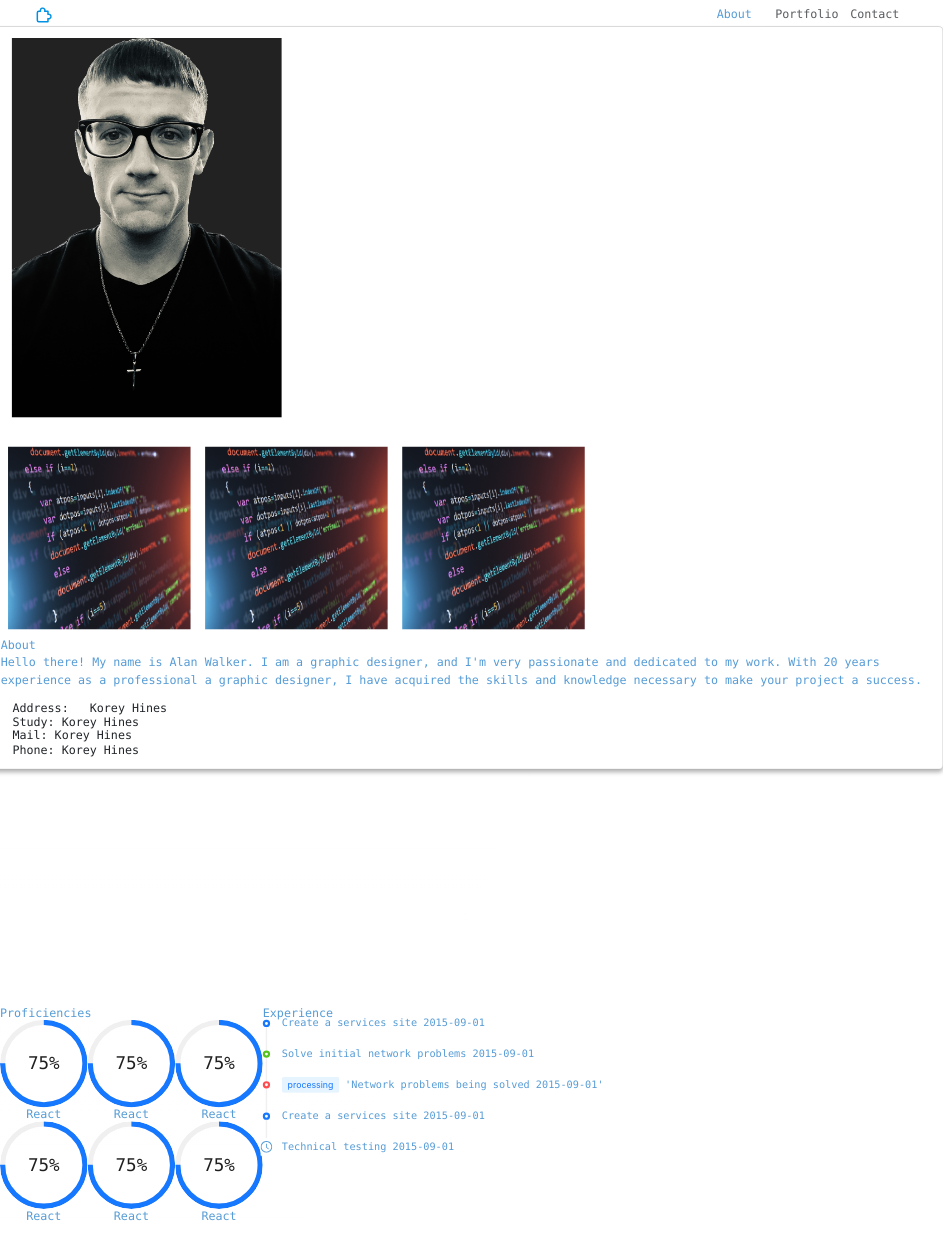
Repository: devkthines/next-portfolio-v2
Page: /about
An editor plug-in stored every save of this project. The page is shown before and after the next save, followed by the edit.
The browser window is 1280 px wide. The page is 1292 px wide, so the pictures cover 1292 px, including what lies to the right of the window. The pictures show the whole page, at 73% of full size.
The project was rebuilt for these pictures with package versions that can differ from the ones it lists, and the page was loaded fresh each time. The framework's server and built-in components were replaced by stand-ins that run in the browser. Also part of the build but not shown: next.config.js.

Above is the page before, as saved 2023-09-25 21:55:57.

### src/app/layout.tsx
import 'bootstrap/dist/css/bootstrap.css';
import './globals.css'
import '../../css/style.css'
import '../../css/mobile.css'
import type { Metadata } from 'next'
import { Inter } from 'next/font/google'
import TopNav from './components/topNav'
import Footer from './components/footer'
import BottomNav from './components/bottomNav'
// Put any other imports below so that CSS from your
// components takes precedence over default styles.
const inter = Inter({ subsets: ['latin'] })

export const metadata: Metadata = {
  title: "&lt;Korey ❤️ Coding/&gt;",
  description: 'Generated by create next app',
  icons: '/puzzle-piece.svg'
}

export default function RootLayout({
  children,
}: {
  children: React.ReactNode
}) {
  return (
    <html lang="en">
      <head>
        <link rel="shortcut icon" href="/puzzle-piece.svg" type="image/x-icon" />
      </head>
      <body className={inter.className}>
        <TopNav />
        {children}
        <Footer />
        <BottomNav />
      </body>
    </html>
  )
}

### src/app/about/page.js
'use client'
import Container from 'react-bootstrap/Container';
import Row from 'react-bootstrap/Row';
import Col from 'react-bootstrap/Col';
import Button from 'react-bootstrap/Button';
import Card from 'react-bootstrap/Card';
import { Progress, Space } from 'antd';
import { ClockCircleOutlined } from '@ant-design/icons';
import { Timeline } from 'antd';
import Image from 'next/image';
import { Descriptions } from 'antd';
import { Divider, Tag } from 'antd'
import { CaretRightOutlined } from '@ant-design/icons'
const items = [
  {
    key: '1',
    label: 'Name',
    children: 'Zhou Maomao',
  },
  {
    key: '2',
    label: 'Telephone',
    children: '209-366-9363',
  },
  {
    key: '3',
    label: 'Study',
    children: 'Software Engineering',
  },
  {
    key: '4',
    label: 'email',
    children: 'dev.kthines@gmail.com',
  },
  {
    key: '5',
    label: 'Address',
    children: 'Lodi, CA',
  },
];




export default function About() {

  return (
    <div id='about'>
      {/* <div> */}
      <Row>

        <Card id='aboutcard'>
          <Col id=''>
            {/* <div className='d-flex'> */}
            <Card.Img variant="top" id='aboutImg' src='/images/IMG-update.jpg' /> </Col>
          <Col>
            <div>
              <div id='aboutImgs' className='d-flex'>
                <img className='aboutImgs' src="/images/webstorm-vs-vscode.jpeg" alt="" />
                <img className='aboutImgs' src="/images/webstorm-vs-vscode.jpeg" alt="" />
                <img className='aboutImgs' src="/images/webstorm-vs-vscode.jpeg" alt="" />
              </div>
              <div>
               <div> <span className='spanabout'>About</span>
                <p>Hello there! My name is Alan Walker. I am
                  a graphic designer, and I'm very passionate and dedicated to my work.
                  With 20 years experience as a professional a graphic designer,
                  I have acquired the skills and knowledge necessary to make your project a success.</p>
                  </div>
                  <div></div>
              </div>
            </div>
          </Col>
          {/* </div> */}
          <Card.Body>
            <h6>Address: &nbsp;  Korey Hines</h6>
            <h6>Study:  Korey Hines</h6>
            <h6>Mail:  Korey Hines</h6>
            <h6>Phone:  Korey Hines</h6>
          </Card.Body>
        </Card>

        <Col id='' className=''>
          <div id='abtTop' className='d-flex '><div>
          </div>
            <div className='d-flex'>

            </div>
          </div>
          <div id='abtBtm' className='d-flex'>
            <div>
              <h1>Proficiencies</h1>
              <div className='d-flex'>
                <div className='text-center'><Progress strokeLinecap="butt" type="circle" percent={75} /><h6>React</h6></div>
                <div className='text-center'><Progress strokeLinecap="butt" type="circle" percent={75} /><h6>React</h6></div>
                <div className='text-center'><Progress strokeLinecap="butt" type="circle" percent={75} /><h6>React</h6></div>
              </div>
              <div className='d-flex'>
                <div className='text-center'><Progress strokeLinecap="butt" type="circle" percent={75} /><h6>React</h6></div>
                <div className='text-center'><Progress strokeLinecap="butt" type="circle" percent={75} /><h6>React</h6></div>
                <div className='text-center'><Progress strokeLinecap="butt" type="circle" percent={75} /><h6>React</h6></div>
              </div>
            </div>
            <div> <h1>Experience</h1>
              <Timeline
                // mode="alternate"
                items={[
                  {
                    children: 'Create a services site 2015-09-01',
                  },
                  {
                    children: 'Solve initial network problems 2015-09-01',
                    color: 'green',
                  },
                  {
                    color: 'red',
                    children: <><Tag bordered={false} color="processing">
                      processing
                    </Tag>'Network problems being solved 2015-09-01'</>,
                  },
                  {
                    children: 'Create a services site 2015-09-01',
                  },
                  {
                    dot: <ClockCircleOutlined style={{ fontSize: '16px' }} />,
                    children: 'Technical testing 2015-09-01',
                  },
                ]}
              />
            </div>
          </div>
        </Col>
      </Row>
      {/* </div> */}
    </div>
  )
}

### css/style.css
* {
    box-sizing: border-box;
    margin: 0;
    padding: 0;
    font-family: Consolas, "Courier New", monospace;
    /* background-color: #222222; */
    color: #569cd6;

}

body {
    background-color: white;
}

.infoSection {
    /* width: 80vw; */
    height: 90vh;
    /* display: flex; */
    /* justify-content: center; */
    /* margin-bottom: 20vh; */
    background-color: #222222;
    border-bottom: 3px solid #569cd6;
}

#infoCol {
    display: flex;
    justify-content: center;
}

.aboutSection {
    /* width: 80vw; */
    padding-top: 100px;
    /* height: 70vh; */
    background: linear-gradient(#222222, rgb(24, 24, 24));
}

#portrait {
    width: 40vw;
    height: 80vh;
    /* border-radius: 0 0 2rem 2rem; */
}

#portraitCol {
    display: flex;
    justify-content: center;
}

#portrait:hover {
    transform: rotateX(180deg);
}

.imgTest {
    margin: 10px;
}

.imgTest:active {
    flex-grow: 10000;
    transform: scale(1);

    max-width: 600px;
    margin: 0px;
    border-radius: 40px;

    background-size: auto 100%;
}

.tab-content {
    height: 100% !important;
    margin-left: 25% !important;
}

/* .color-change{
    background-color: greenyellow;
} */
.noShow {
    display: none;
}

.buttonShow {
    display: block;
}

#tile1 {
    width: 700px;
    height: 500px;
}

#experience {
    padding-top: 50px;
    height: auto;
}

main {
    display: flex;
    flex-direction: column;
    justify-content: center;
    align-items: center;
}

.middle {
    transition: .5s ease;
    opacity: 0;
    position: absolute;
    top: 50%;
    left: 50%;
    transform: translate(-50%, -50%);
    -ms-transform: translate(-50%, -50%);
    text-align: center;
}

#imageTile1 {
    position: relative;
    width: 40vw;
    height: 70vh;
}

#tile1 {
    width: 100%;
    height: 100%;
}

#imageTile1:hover #tile1 {
    opacity: 0.3;
}

#imageTile1:hover .middle {
    opacity: 1;
}

.text {
    background-color: #04AA6D;
    color: white;
    font-size: 16px;
    padding: 16px 32px;
}

#no-expand {
    display: none;

}

#expandIt {
    display: block;
}

.no-Display {
    display: none;
}

.okToDisplay {
    display: block;
}

a.nav-link {
    color: #569cd6;
}


#topNav {
    background-color: white;
    display: none;
    /* position: fixed; */
    /* top: 0; */
    width: 100%;
    height: 5vh;
}

#footer {
    display: flex;
    justify-content: space-between;
    padding: 0 25px;
}

#bottomNav {
    display: flex;
    position: fixed;
    bottom: 0;
    width: 100%;
    background-color: white;
    font-size: 16px;
}
#about{
    /* margin-top: 10vh; */
    height: 90vh;
    /* overflow: hidden; */
}

#aboutImg{
    width: 400px;
    /* height: ; */
    padding: 15px 15px 30px;
}
#aboutcard{
    box-shadow: 0 4px 6px rgba(0, 0, 0, .3);
    /* height: fit-content; */
    /* width: 400px; */

}
.interests{
    width: 200px;
    height: 300px;
}
.interestImg{
    width: 200px;
    height: 200px;
}
#abtTop{
    height: 45vh;
}
#abtBtm{
    height: 45vh;
}
#abtLeft{
    /* width: 25vw; */
}
#abtRight{
    /* width: 75vw; */
}
.aboutImgs{
    width: 250px;
    height: 250px;
    margin: 10px;
}
#aboutImgs{

}
.spanabout ::after{
margin-left: 25px;
width: 5000px;
height: 1px;
background-color: #7d7789;
left: 100%;
top: 50%;
}

### css/mobile.css
@media screen and (min-width: 640px){

    /* background-color: green!important; */
    #portrait{
        width: 500px;
        height: 500px;
        /* border-radius: 0 0 2rem 2rem; */

    }

main{
    /* color: white!important; */
}
}
@media screen and (min-width: 768px){
#portraitCol{

    justify-content: start;
}
#infoCol{
    justify-content: end;
    /* text-align: end; */
}
}
@media screen and (min-width: 1024px){
    #portrait{
        width: 600px;
        height: 600px;
        /* border-radius: 0 0 2rem 2rem; */
    }
    #topNav{
        display:flex ;
    }
    #bottomNav{
        display: none;
    }
}
@media screen and (min-width: 1280px){

}
@media screen and (min-width: 1536px){

}

### src/app/components/topNav.js
'use client';
import Nav from 'react-bootstrap/Nav';
import Image from 'next/image';


export default function TopNav(){

    return(
        <header>
        {/* <Navbar id='topNav' className={`${color ? 'color-change' : ''}`} sticky='top' expand="lg" > */}

        <Nav id='topNav' variant="underline" defaultActiveKey="/home" className='d-flex justify-content-between'>
       <div className='ms-5'><Nav.Item>
          <Nav.Link href="/"><Image width={25} height={25} id='navbrand' src="/puzzle-piece.svg" alt="" /></Nav.Link>
        </Nav.Item></div>
        <div className='d-flex me-5'><Nav.Item className='px-3'>
          <Nav.Link href="/about">About</Nav.Link>
        </Nav.Item>
        <Nav.Item className='px-3'>
          <Nav.Link eventKey="disabled" disabled>
            Portfolio
          </Nav.Link>
        </Nav.Item>
        <Nav.Item>
          <Nav.Link eventKey="disabled" disabled>
            Contact
          </Nav.Link>
        </Nav.Item>
        </div>
      </Nav>
      </header>
    )
} ;

### src/app/components/footer.js
'use client'

import OverlayTrigger from 'react-bootstrap/OverlayTrigger';
import Card from 'react-bootstrap/Card';
import { AiFillGithub } from 'react-icons/ai';
import { GrLinkedinOption } from 'react-icons/gr';
import { MdVolunteerActivism } from 'react-icons/md';
import { IoLogoCss3 } from 'react-icons/io';
import { IoLogoJavascript } from 'react-icons/io';
import { CgGym } from 'react-icons/cg';
import { AiOutlineMail } from 'react-icons/ai';
import { AiOutlineFilePdf } from 'react-icons/ai';
import { BsFillPhoneFill } from 'react-icons/bs';
import { MdLocationOn } from 'react-icons/md';
import { SiUpwork } from 'react-icons/si';
// import PicOfMe from '/images/image_67220481.JPG'
import Container from 'react-bootstrap/Container';
import Row from 'react-bootstrap/Row';
import Col from 'react-bootstrap/Col';
import { useEffect } from 'react';
import Tooltip from 'react-bootstrap/Tooltip';
import $ from 'jquery'

 export default function Footer(){
    const btnName = {
        'gitHub': {
          'id': 1,
          "placement": "bottom",
          "info": "gitHub",
          "icon": <a href="https://github.com/devkthines" target='_blank'>
            <button className='quickLinks'><AiFillGithub /></button></a>
        },
        'linkedIn': {
          'id': 2,
          "placement": "bottom",
          "info": "linkedIn",
          "icon": <a href="https://www.linkedin.com/in/korey-hines-17b0a9263" target='_blank'><button className='quickLinks'><GrLinkedinOption />
          </button></a>
        },
        'gMaps': {
          'id': 3,
          "placement": "bottom",
          "info": "gMaps",
          "icon": <a href="https://goo.gl/maps/BovFkBEjUMQ6VBob9" target='_blank'>
            <button className='quickLinks'><MdLocationOn /></button></a>
        },
        'gMail': {
          'id': 4,
          "placement": "bottom",
          "info": "gMail",
          "icon": <a href="mailto:dev.kthines@gmail.com"><button className='quickLinks'><AiOutlineMail /></button></a>
        },
        'upWork': {
          'id': 5,
          "placement": "bottom",
          "info": "upWork",
          "icon": <a href="https://www.upwork.com/freelancers/~01ae4feb16c6fa7213?viewMode=1" target='_blank'>
            <button className='quickLinks'><SiUpwork /></button></a>
        },
        'redPDF': {
          'id': 6,
          "placement": "bottom",
          "info": "resume",
          "icon": <a className='aLink' target="_blank" href="/files/hinesResume.pdf">
            <button className='quickLinks'><AiOutlineFilePdf /></button></a>
        },
        'phone': {
          'id': 7,
          "placement": "bottom",
          "info": "phone",
          "icon": <a href="tel:2093669363" >  <button className='quickLinks'><BsFillPhoneFill /></button></a>
        }
      }
    return(
        <>
        <footer id='footer'><p>Copyright 2023- Korey Hines</p>
       <div> {Object.entries(btnName).map(([k, v]) => (
                <div className='d-inline-block' key={v.id}>
                  <OverlayTrigger
                    trigger="hover"
                    key={v.id}
                    placement={v.placement}
                    overlay={

                      <Tooltip id={`tooltip-${v.placement}`}>
                        {v.info}
                      </Tooltip>
                    }
                  >
                    {v.icon}
                  </OverlayTrigger>
                </div>))}
</div>
        </footer>
        </>
    )
 }

### src/app/components/bottomNav.js
'use client'
import Nav from 'react-bootstrap/Nav';
import Image from 'next/image';
export default function BottomNav(){

    return(
        <>
        <Nav id='bottomNav' className="justify-content-center" activeKey="/home">
        <Nav.Item>
          <Nav.Link href="/"><Image width={25} height={25} id='navbrand' src="/puzzle-piece.svg" alt="" /></Nav.Link>
        </Nav.Item>
        <Nav.Item>
          <Nav.Link eventKey="link-1">About</Nav.Link>
        </Nav.Item>
        <Nav.Item>
          <Nav.Link eventKey="link-2">Portfolio</Nav.Link>
        </Nav.Item>
        <Nav.Item>
          <Nav.Link eventKey="disabled" disabled>
            Contact
          </Nav.Link>
        </Nav.Item>
      </Nav>
        </>
    )
}

Loaded but not shown: src/app/globals.css (common file); tailwind.config.ts (common file)

After the next save:
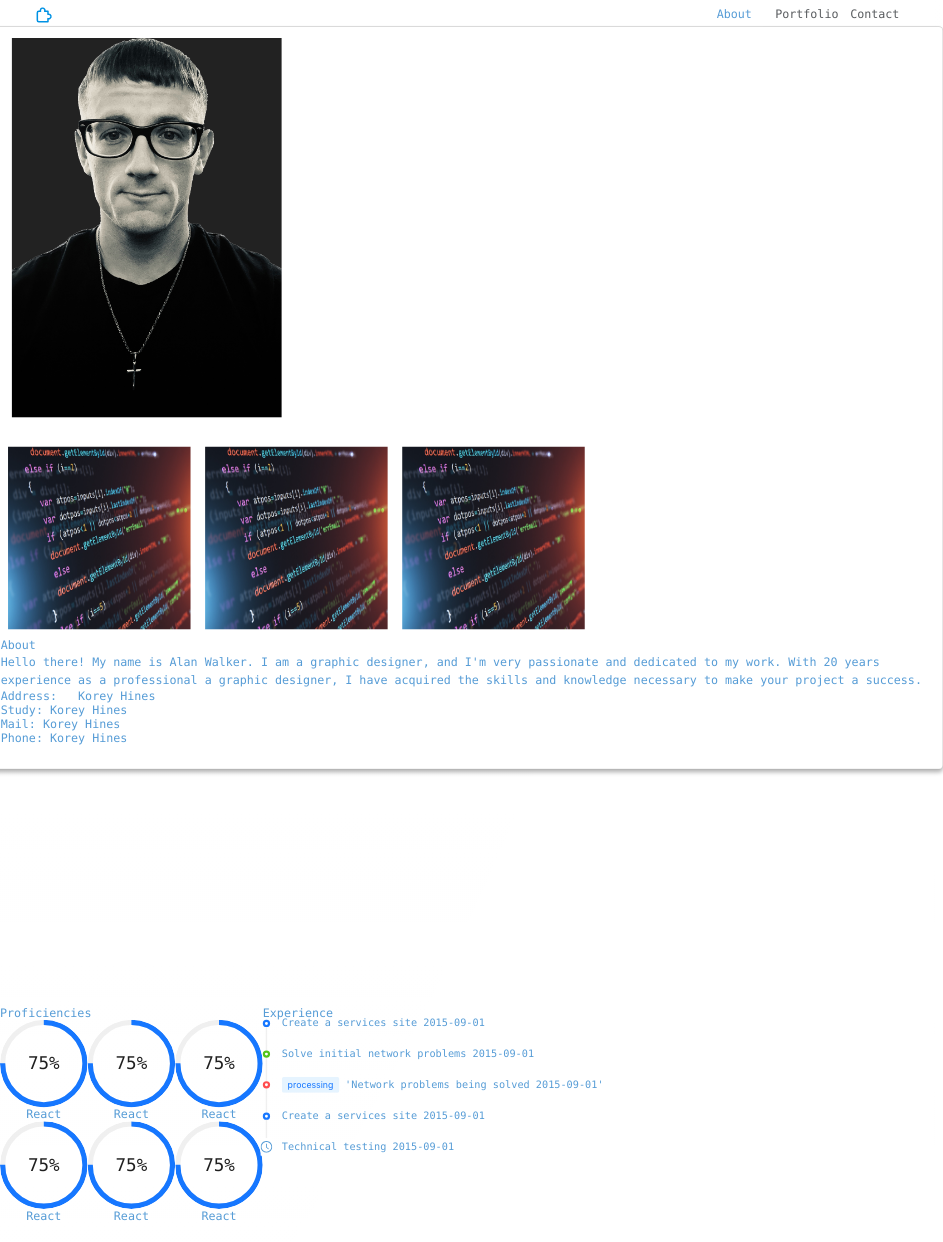
Saved 6 s later.
--- a/src/app/about/page.js
+++ b/src/app/about/page.js
@@ -67,16 +67,16 @@ export default function About() {
                   With 20 years experience as a professional a graphic designer,
                   I have acquired the skills and knowledge necessary to make your project a success.</p>
                   </div>
-                  <div></div>
+                  <div><h6>Address: &nbsp;  Korey Hines</h6>
+            <h6>Study:  Korey Hines</h6>
+            <h6>Mail:  Korey Hines</h6>
+            <h6>Phone:  Korey Hines</h6></div>
               </div>
             </div>
           </Col>
           {/* </div> */}
           <Card.Body>
-            <h6>Address: &nbsp;  Korey Hines</h6>
-            <h6>Study:  Korey Hines</h6>
-            <h6>Mail:  Korey Hines</h6>
-            <h6>Phone:  Korey Hines</h6>
+
           </Card.Body>
         </Card>
 
